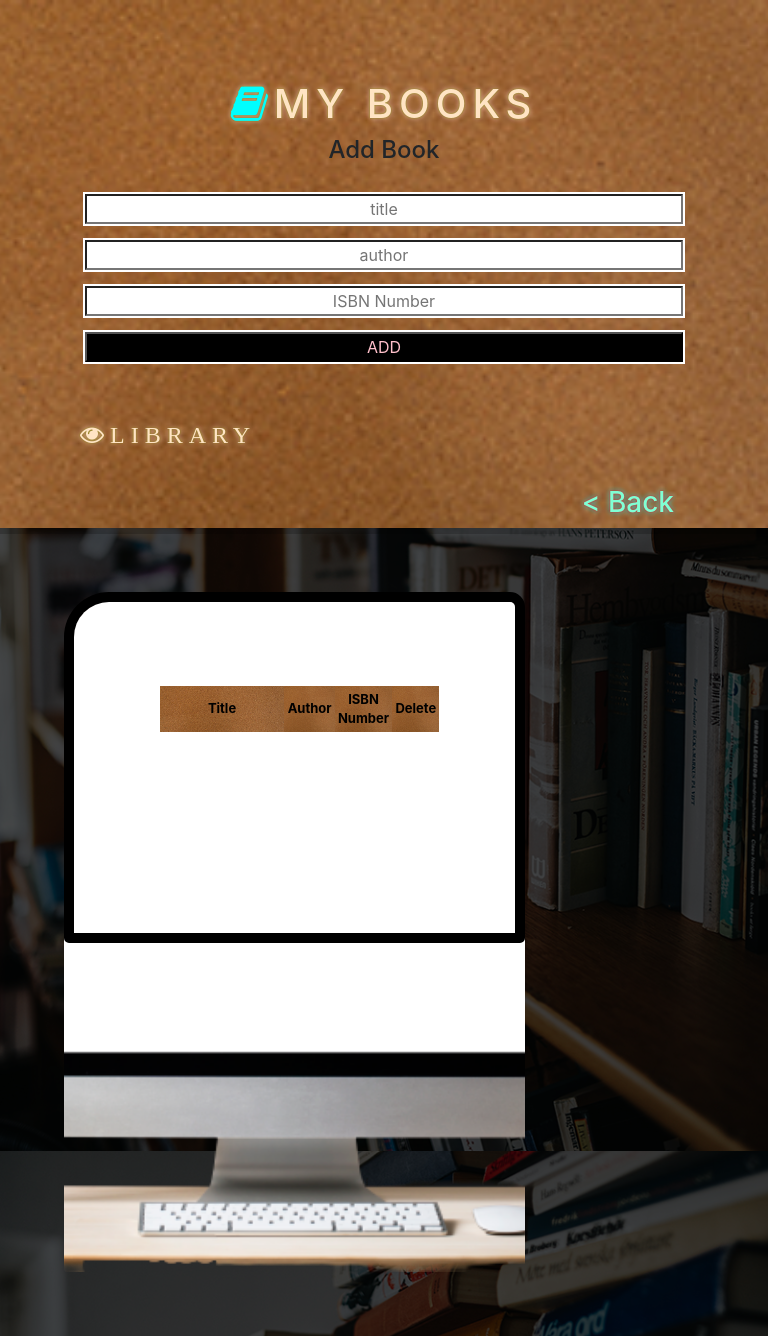
Repository: CSituma/Home-Library-App
Page: libu.html
These files come from the project's save history. The page is drawn as it stood at one moment and after the next save; the edit follows.
The browser window is 768 px wide. The pictures show the whole page.
Backgrounds fixed to the window are drawn as part of the page. Some web libraries are served in a nearby version.

Above is the page before, as saved 2020-11-10 22:05:37.

### libu.html
<!DOCTYPE html>
<html lang="en">
<head>
    <meta charset="UTF-8">
    <meta name="viewport" content="width=device-width, initial-scale=1.0">
    <meta http-equiv="X-UA-Compatible" content="ie=edge">
    <link rel="stylesheet" href="style.css">
    <link rel="stylesheet" href="https://cdnjs.cloudflare.com/ajax/libs/font-awesome/4.7.0/css/font-awesome.min.css"/>
<link rel="stylesheet" href="https://stackpath.bootstrapcdn.com/bootstrap/4.5.0/css/bootstrap.min.css" integrity="sha384-9aIt2nRpC12Uk9gS9baDl411NQApFmC26EwAOH8WgZl5MYYxFfc+NcPb1dKGj7Sk" crossorigin="anonymous"/>
<link rel="stylesheet" href="https://cdnjs.cloudflare.com/ajax/libs/animate.css/4.0.0/animate.min.css"/>
  <title>BOOK TRACKER</title>
</head>
<body>
    <div class="columns">
        <div class="js">

            <h1><i class="fa fa-book"></i>MY BOOKS</h1>
                        <h4>Add Book</h4>
            <form id="form">
                <input type= "text" id= "title"  placeholder="title">
                <input type= "text" id= "author" placeholder="author" >
                <input type= "text" id= "number" placeholder="ISBN Number">
                <input type= "submit"id= "button" value="ADD">
            </form>
        <h3> <a href= "./index.html"> < Back </a></h3>
        <h4 id="libur"><a href= "#storage"><i class="fa fa-eye">LIBRARY</i></a></h4>

        </div>
        <div class="storage" id="storage" >
              <div class="storage_items">
        <table id="table">
            <thead>
                <tr>
                <th id="title">Title</th>
                <th>Author</th>
                <th>ISBN Number</th>
                <th>Delete</th>
                </tr>
                </thead>
                <tbody class="Booklist" id="booklist">
                </tbody>
            </table>
            </div>
        </div>
</div>
    <script src="lib.js"></script>
 </body>
 </html>

### style.css
/*homepage//////////////*/
body,
html {
  max-width: 100%;
  margin: 0;
  padding: 0;
  max-height: 100%;
  background: url("./images/sandra-seitamaa-qkIWnKtGhg4-unsplash.jpg")
    center/cover no-repeat fixed;
}

.container {
  margin: 10em 20em 20em 20em;
  height: 400px;
  width: 40%;
  background-color: rgba(146, 116, 15, 0.445);
  text-align: center;
}

.lol {
  padding-top: 5em;
  font-weight: 800;
  font-style: italic;
}
span {
  color: yellow;
  font-weight: 400;
}
#lolone {
  color: ghostwhite;
}

h3 {
  padding-top: 4em;
  float: right;
  margin-right: 0.5em;
  font-weight: 900;
  font-size: 2rem;
  text-shadow: 0 0 3px #FF0000, 0 0 5px aqua;
}

h3 a {
  text-decoration: none;
 color: aquamarine;

}

h3 a:hover {
  text-decoration: none;
  color: burlywood;
}

#you {
  padding: 1rem;
  color: gold;
}

/*library////////////////*/
.columns {
  display: flex;
  justify-content: space-between;
  max-width: 100%;
  max-height: 100%;
  background: rgba(0, 0, 0, 0.692);

}
h1{
  letter-spacing: 6px;
  text-shadow: 0 0 3px olive, 0 0 5px pink;
  padding-top:2em;
  margin: 0;
  color: bisque;

}
table {
  background: black;
  width: 100%;
  margin:0.5em;
  margin-left:0.2em;
  text-align: center;
  color:white;

}


td{
  margin: 2em;
}
tr{
  border-left: white 5px solid;
  height: 40px;
}
th {
  color: black;
  background:url('./images/josephine-bredehoft-KsAo8ouBn8A-unsplash.jpg') center/cover no-repeat;
  outline: none;
}
tbody tr:nth-child(odd){
  background:white;
 color: olive;
}
tbody tr:nth-child(odd):hover {
  box-shadow: 0 0 0 2px white;

}
tbody tr:nth-child(even){
background:black;

}
tbody tr:nth-child(even):hover{
  box-shadow: 0 0 0 2px gray;
}

 .fa {
   color:aqua;
 }
 .fa:hover{
   font-size:1.6rem;
 }
form {
  padding: 0.3em;
  margin-top: 1em;
}

form input {
  width: 100%;
  margin: 0.5em 0;
  -webkit-box-shadow: 0 0 0 2px white;
  box-shadow: 0 0 0 2px white;
}

:placeholder-shown {
  text-align: center;
}

#button {
  color: pink;
  background-color: black;
}

/*/////////////////////////////////*/
.storage_items {

  background-color: white;
  width:100%;
  max-height: 70%;
  margin-left: 8em;
  margin-top: 5em;
  margin-bottom: 2em;
  border: rgb(0, 0, 0) 5px solid;
  border-style: groove;
  padding-bottom: 15em;
  overflow: scroll;
  scroll-behavior: smooth;
  scrollbar-width: 2px;
}
.storage {
  background:url("./images/1463-removebg-preview.png") center/cover no-repeat;
  width: 60%;
  height: 85vh;
  margin: 6em 3em 6em 0;
  border-radius: 3px;

}
.js {
  -webkit-box-shadow: 0 0 0 6px rgba(0, 0, 0, 0.191);
  box-shadow: 0 0 0 6px rgba(0, 0, 0, 0.191);
  text-align: center;
  width: 40%;
  margin: 6em 0em 6em 3em;
  background: url("./images/josephine-bredehoft-KsAo8ouBn8A-unsplash.jpg")
    center/cover no-repeat;
}

#libur .fa{
  margin-top: 2em;
 float: left;
 margin-left: 0;
color:bisque;
letter-spacing: 6px;
text-shadow: 0 0 3px olive, 0 0 5px pink;
}

@media screen and (max-width:1000px) {
  .storage{
    margin-right: 0;

    background: url("./images/719-removebg-preview.png") center/cover no-repeat;
  }
  .storage_items{
    margin:0;
    font-size: 13px;
   border: 10px solid black;
   border-radius: 45px;
   border-bottom-right-radius:5px;
   border-bottom-left-radius:5px;
   border-top-right-radius:15px;

   padding:0;
   padding-bottom: 15em;

}

.js{
  margin: 0;}


}

@media screen and (min-width:1000px) {

 .storage_items{
  max-height: 60%;
    width: 400px;
    height: 50%;
    margin-left: 10em;
    margin-top: 5.5em;

  }


 }

 @media screen and (max-width:800px)
 {
   .storage{
        max-width:100% ;
        margin: 4em;
   }
  .storage_items{
    margin-right:4em;
    font-size: 13px;
   border: 10px solid black;
   border-radius: 45px;
   border-bottom-right-radius:5px;
   border-bottom-left-radius:5px;
   border-top-right-radius:15px;
   padding:6em;
   padding-bottom: 15em;

}
.columns{
  flex-direction: column;
}
th{
  margin: 0;
  padding: 0.2rem;
  width: 100%;

}
.js{
  width:100%;
  padding: 0 5em;
 }

 }

### lib.js
// Book Class: Represents a Book
class Book {
  constructor(title, author, isbn) {
    this.title = title;
    this.author = author;
    this.isbn = isbn;
  }
}

// UI Class: Handle UI Tasks
class UI {
//display Books.//
static displayBooks () {
 const books = Store.getBooks();
 books.forEach(((book) =>
  UI.addBookToList(book)));
}


//addbooks
static addBookToList(book) {

const bookList = document.querySelector('#booklist');
const row = document.createElement('tr');

row.innerHTML= `<td>${book.title} </td>
               <td>${book.author}</td>
               <td>${book.isbn}</td>
              <td><i class="fa fa-trash-o"></i></td>`;

bookList.appendChild(row);

}


//deletebooks
static deleteBook(el){
 if(el.classList.contains('fa')){
   el.parentElement.parentElement.remove();
  }}

////show alert msg
static showAlert(message, className){
const div = document. createElement('div');
div.className = `alert alert-${className}`;
div.appendChild(document.createTextNode(message));
const button = document.getElementById('button');
const form = document.getElementById('form');


form.insertBefore(div, button);


//message vanishing//

setTimeout(() => {
  document.querySelector('.alert').remove();
}, 3000);

}

//clear fields//

static clearFields() {
  document.querySelector('#title').value = '';
  document.querySelector('#author').value = '';
  document.querySelector('#number').value = '';
}

}

///Events:
/* 1. Display Books */

document.addEventListener('DOMContentLoaded', UI.displayBooks);

/* 2. Add Books*/
document.querySelector("#form").addEventListener('submit',(e) =>
{
e.preventDefault();
///get form values//
const title = document.querySelector('#title').value;
const author = document.querySelector('#author').value;
const isbn = document.querySelector('#number').value;

  // Validate
 if(title ===''|| author===''|| isbn===''){
   UI.showAlert('Please fill in the Form', 'danger')
 }
else{
  //instantiate Book
  const book = new Book(title,author,isbn);

//////Adding
UI.addBookToList(book);

Store.addBook(book);

///Show Sucess Message
UI.showAlert('Added', 'success');
//Clearfields
UI.clearFields();


 }
}
);


/////3. Remove BOOK////
document.querySelector('#booklist').addEventListener('click', (e)=>{
e.preventDefault();
//deleting from UI

UI.deleteBook(e.target);
///deleting from Store
Store.removeBook(e.target.parentElement.previousElementSibling.textContent);
//Message
UI.showAlert('Book Deleted', 'danger');

}
);

///localStorage
class Store{
  static getBooks(){
    let books;
   if (localStorage.getItem('books') === null){
     books = [];
   }
   else {
     books = JSON.parse(localStorage.getItem('books'));
   }
   return books;
  }

  static addBook(book){
    const books= Store.getBooks();
    books.push(book);
   localStorage.setItem('books',JSON.stringify(books));
  }
  static removeBook(isbn) {
    const books = Store.getBooks();

    books.forEach((book, index) => {
      if(book.isbn === isbn) {
        books.splice(index, 1);
      }
    });
    localStorage.setItem('books', JSON.stringify(books));
  }
}

After the next save:
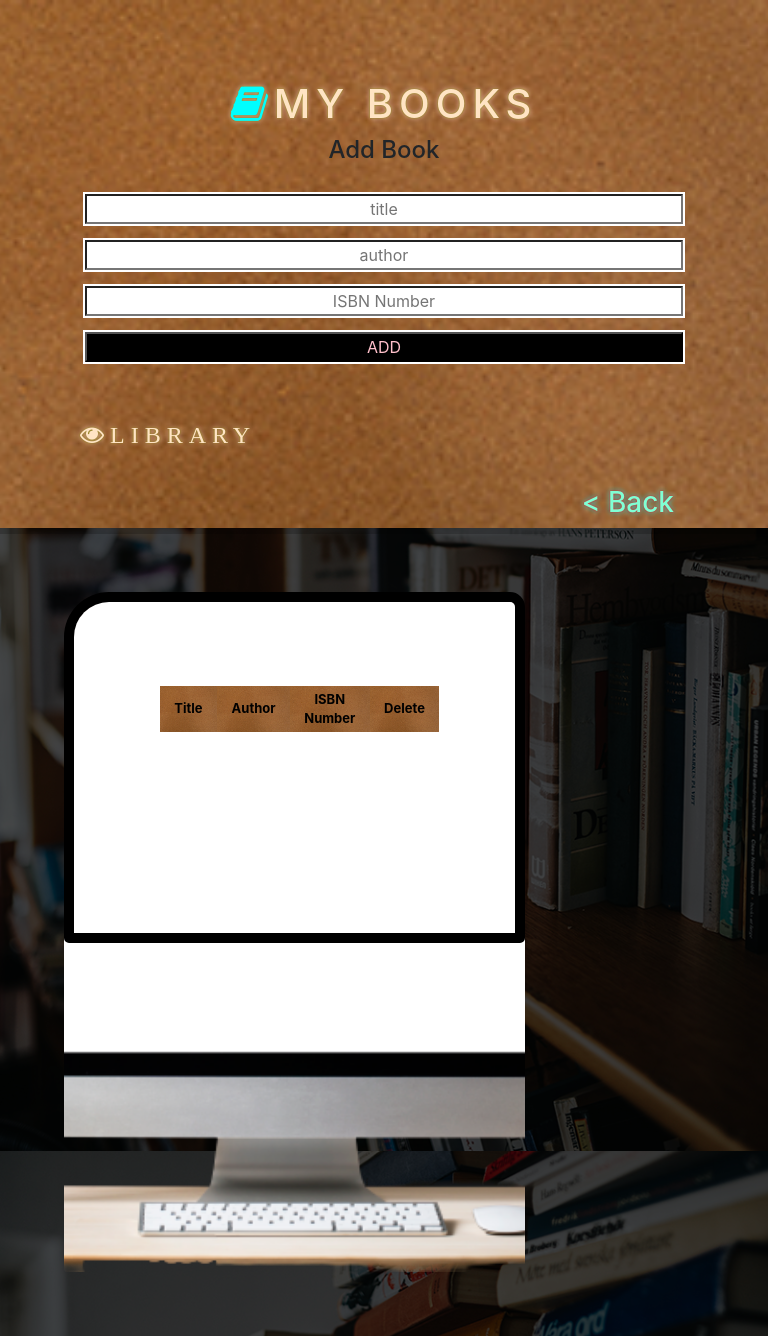
Saved 32 s later.
--- a/style.css
+++ b/style.css
@@ -245,7 +245,7 @@ text-shadow: 0 0 3px olive, 0 0 5px pink;
 th{
   margin: 0;
   padding: 0.2rem;
-  width: 100%;
+  width:40rem;
 
 }
 .js{
